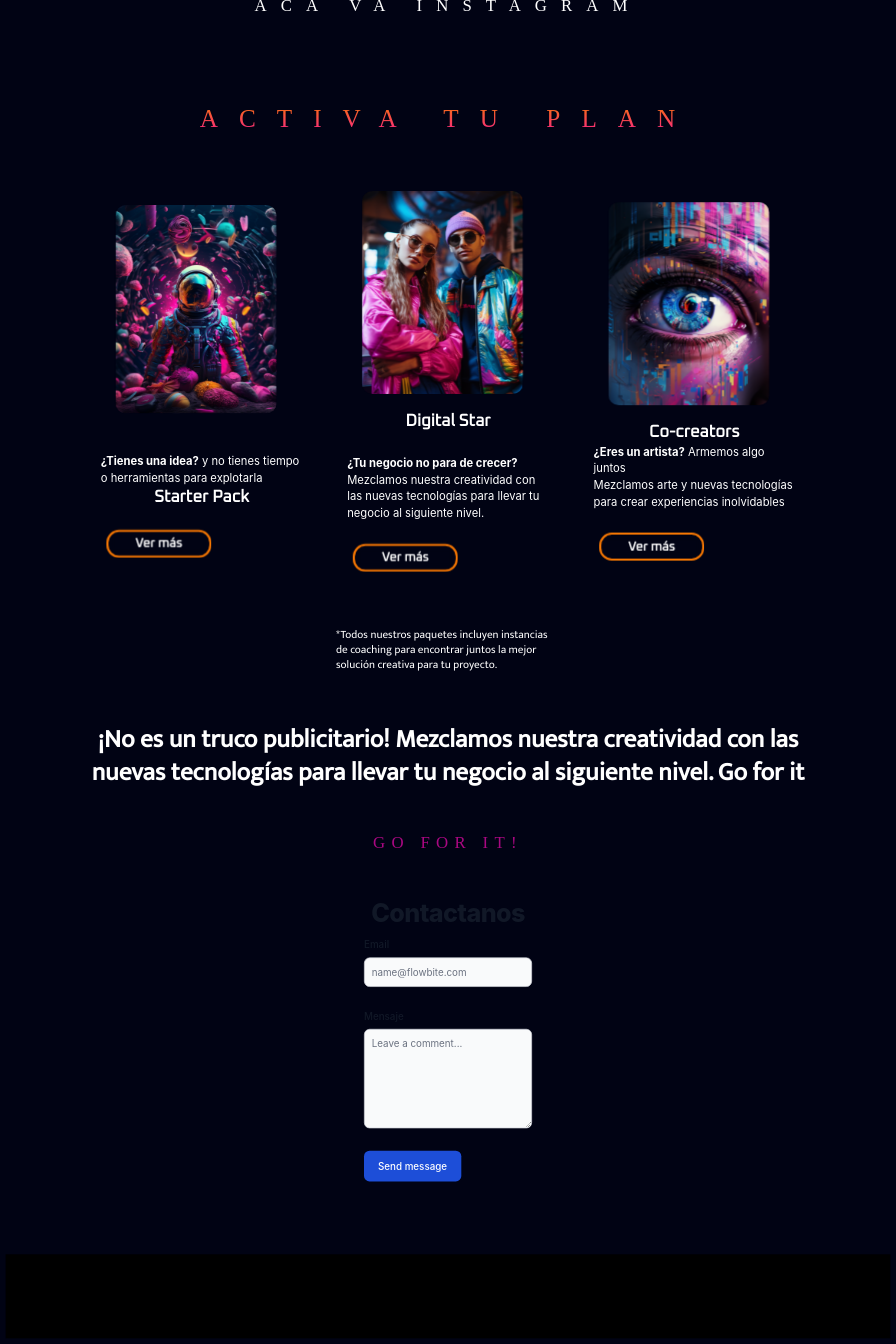
Repository: itsomosedison/tailwind-landing-page
Page: index.html
An editor plug-in stored every save of this project. The page is shown before and after a run of saves, followed by the edit.
The browser window is 1280 px wide. The pictures show the part of the page from y = 1167 to 3087 px (the page is 3087 px tall before and 3031 px after), at 70% of full size.
Some web fonts or font styles are not loaded; a fallback is used.

Above is the page before, as saved 2023-09-30 20:45:11.

### index.html
<!DOCTYPE html>
 <html lang="en" class="">
<head>
    <meta charset="UTF-8">
    <meta http-equiv="X-UA-Compatible" content="IE=edge">
    <meta name="viewport" content="width=device-width, initial-scale=1.0">
    <title>Fuxia Lab</title>
    <meta name="description" content="Creamos contenido para tu negocio. FOTOS - VIDEOS - PACKS DE IMAGENES. Tenemos packs de contenido hechos a tu medida.">
    <link href="./output.css" rel="stylesheet">
</head>
<body>
    <header>
        <nav class="fuxiaNavBar">
            <div class="flex flex-wrap justify-between items-center mx-auto max-w-screen-xl">
                <a href="https://fuxialab.com" class="flex items-center">
                    <img src="recursos/LogoFuxiaHorizontal.png" class="logo mr-3 h-6 sm:h-9" alt="FuxiaLab Logo" />
                </a>
            </div>
        </nav>
    </header>

    <div class="hero containerFuxiaHero">
        <div class="containerFuxia flex-col" style="max-width:  1080px;align-items: center;">
            <h1 class="FuxiaH1">IA Believers</h1>

            <div class="flex-row" style="max-width: 400px;">
                <h2 class="FuxiaH2"> <b>¡No es un truco publicitario!</b> Mezclamos nuestra creatividad con las nuevas tecnologías para llevar tu negocio al siguiente nivel.</h2>
                <p class="FuxiaSpecialText">GO FOR IT!</p>
            </div>
            <div class="flex-row" style="text-align: center;width:70%">
                <p class="WhiteSpecialText" style="text-align: center;">SELECCIONA TU NIVEL</p>
            </div>
            <div class="flex-col">
                    <button class="FuxiaButton">Rookie</button>
                    <button class="FuxiaButton">Amateur</button>
                    <button class="FuxiaButton">Follower</button>
                    <button class="FuxiaButton">Believer</button>
            </div>
        </div>
    </div>

    <div class="containerFuxia flex-col" style="max-width:  1080px;align-items: center;margin-top: -32px;">
        <img src="recursos/sheepHero2.png" alt="Imagen de la oveja" style="width:1920px;" />
        <p class="WhiteSpecialText" style="text-align: center;">INSTA SHEEP</p>
        <p class="WhiteSpecialText" style="text-align: center;">ACA VA INSTAGRAM</p>
    </div>

    <div class="containerFuxia flex-col" style="max-width:  1080px;align-items: center;">
        <p class="GradienteSpecialText" style="text-align: center;">ACTIVA TU PLAN</p>
    </div>

    <div class="containerFuxiaCards flex-row">
                <div class="cardContainer">
                    <a href="https://api.whatsapp.com/send/?phone=5401138519899&text=Hola%21+vi+tu+anuncio+en+la+web+y+estoy+interesado+en+un+Starter+Pack" target="_blank" class="fuxiaCard">
                        <img class="cardImg" src="recursos/start.png" alt="Imagen de la oveja" />
                    </a>
                    <p class="mt-8"><b>¿Tienes una idea?</b> y no tienes tiempo o herramientas para explotarla</p>
                    <h1 class="cardH1">Starter Pack</h1>
                    <br>
                    <button class="gradientButton">Ver más</button>
                </div>

                <div class="cardContainer">
                    <a href="https://api.whatsapp.com/send/?phone=5401138519899&text=Hola%21+vi+tu+anuncio+en+la+web+y+estoy+interesado+en+ser+un+Digital+Star" target="_blank" class="fuxiaCard">
                        <img class="cardImg" src="recursos/star.png" alt="Imagen de la oveja" />

                    </a>
                    <h1 class="cardH1">Digital Star</h1>
                    <p class="mt-8"> <b>¿Tu negocio no para de crecer?</b> Mezclamos nuestra creatividad con las nuevas tecnologías para llevar tu negocio al siguiente nivel.</p>
                    <br>
                    <button class="gradientButton">Ver más</button>
                </div>


                <div class="cardContainer">
                    <a href="https://api.whatsapp.com/send/?phone=5401138519899&text=Hola%21+vi+tu+anuncio+en+la+web+y+estoy+interesado+en+co+crear+un+proyecto+jun" target="_blank" class="fuxiaCard">
                        <img class="cardImg" src="recursos/cocrea.png" alt="Imagen de la oveja" />
                    </a>
                    <h1 class="cardH1">Co-creators</h1>
                    <p class=""><b>¿Eres un artista?</b> Armemos algo juntos</p> Mezclamos arte y nuevas tecnologías para crear experiencias inolvidables</p>
                    <br>
                    <button class="gradientButton">Ver más</button>
                </div>
            </div>
            </div>
        </section>
    </div>

        <div class="containerFuxia flex-row" style="max-width:  1080px;align-items: center;">
                    <p class="FuxiaH2" style="font-size: 16px; width: 320px;">*Todos nuestros paquetes incluyen instancias de coaching para encontrar juntos la mejor solución creativa para tu proyecto.</p>
        </div>

        <div class="containerFuxia flex-row" style="max-width:  1080px;align-items: center;">

                <p class="quoteText">¡No es un truco publicitario! Mezclamos nuestra creatividad con las nuevas tecnologías para llevar tu negocio al siguiente nivel. Go for it</p>
                <p class="FuxiaSpecialText" style="margin-top:60px">GO FOR IT!</p>

                <section>
                    <div class="py-8 lg:py-16 px-4 mx-auto max-w-screen-md">
                        <h2 class="mb-4 text-4xl tracking-tight font-extrabold text-center text-gray-900 dark:text-white">Contactanos</h2>
                        <form action="#" class="space-y-8">
                            <div>
                                <label for="email" class="block mb-2 text-sm font-medium text-gray-900 dark:text-gray-300">Email</label>
                                <input type="email" id="email" class="shadow-sm bg-gray-50 border border-gray-300 text-gray-900 text-sm rounded-lg focus:ring-primary-500 focus:border-primary-500 block w-full p-2.5 dark:bg-gray-700 dark:border-gray-600 dark:placeholder-gray-400 dark:text-white dark:focus:ring-primary-500 dark:focus:border-primary-500 dark:shadow-sm-light" placeholder="name@flowbite.com" required>
                            </div>
                            <div class="sm:col-span-2">
                                <label for="message" class="block mb-2 text-sm font-medium text-gray-900 dark:text-gray-400">Mensaje</label>
                                <textarea id="message" rows="6" class="block p-2.5 w-full text-sm text-gray-900 bg-gray-50 rounded-lg shadow-sm border border-gray-300 focus:ring-primary-500 focus:border-primary-500 dark:bg-gray-700 dark:border-gray-600 dark:placeholder-gray-400 dark:text-white dark:focus:ring-primary-500 dark:focus:border-primary-500" placeholder="Leave a comment..."></textarea>
                            </div>
                            <button type="submit" class="py-3 px-5 text-sm font-medium text-center text-white rounded-lg bg-primary-700 sm:w-fit hover:bg-primary-800 focus:ring-4 focus:outline-none focus:ring-primary-300 dark:bg-primary-600 dark:hover:bg-primary-700 dark:focus:ring-primary-800">Send message</button>
                        </form>
                    </div>
                  </section>

        </div>

   <div class="footerFuxia flex-row">

   </div>

</body>
</html>

Loaded but not shown: output.css (2759 lines, source omitted)

After the next 2 saves:
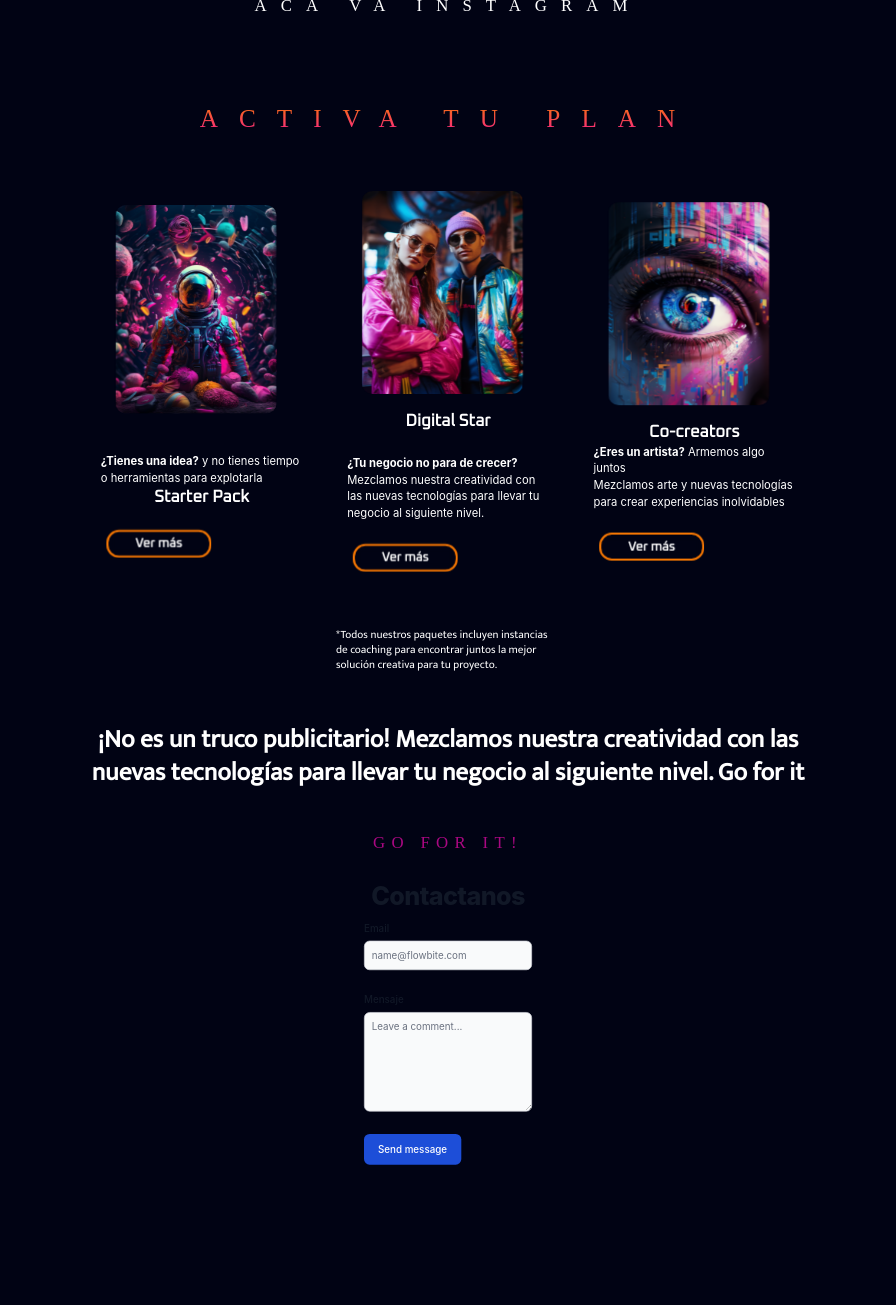
The 2 saves are shown as one change because they came seconds apart.
The last was saved 43 s later.
--- a/index.html
+++ b/index.html
@@ -95,8 +95,8 @@
                 <p class="quoteText">¡No es un truco publicitario! Mezclamos nuestra creatividad con las nuevas tecnologías para llevar tu negocio al siguiente nivel. Go for it</p>
                 <p class="FuxiaSpecialText" style="margin-top:60px">GO FOR IT!</p>
 
-                <section>
-                    <div class="py-8 lg:py-16 px-4 mx-auto max-w-screen-md">
+                <div>
+                    <div class="containerFuxia flex-row">
                         <h2 class="mb-4 text-4xl tracking-tight font-extrabold text-center text-gray-900 dark:text-white">Contactanos</h2>
                         <form action="#" class="space-y-8">
                             <div>
